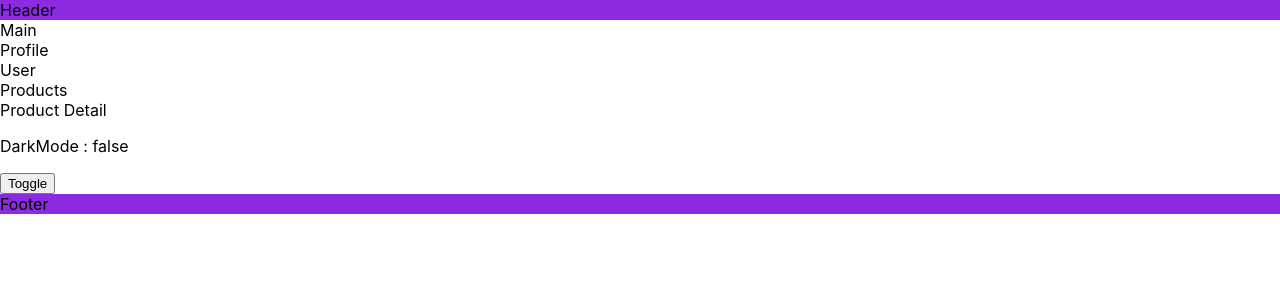
Repository: dnjfht/css-example
Page: /
These files come from the project's save history. The page is drawn as it stood at one moment and after the next save; the edit follows.
The browser window is 1280 px wide. The pictures show the whole page.
The project was rebuilt for these pictures with package versions that can differ from the ones it lists, and the page was loaded fresh each time.

Above is the page before, as saved 2023-05-11 02:05:08.

After the next save:
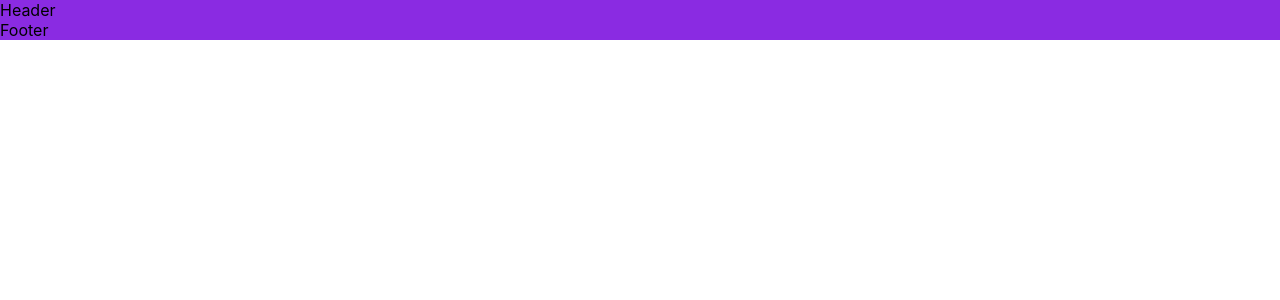
Saved 2 min 15 s later.
--- a/src/components/Main.js
+++ b/src/components/Main.js
@@ -6,10 +6,16 @@
 export default function Main() {
   const { darkMode } = useContext(DarkModeContext);
   return (
-    <div>
-      Main
-      <Profile2 />
-      <Products2 />
-    </div>
+    <>
+      {darkMode === true ? (
+        <div>
+          Main
+          <Profile2 />
+          <Products2 />
+        </div>
+      ) : (
+        <></>
+      )}
+    </>
   );
 }

After the save that followed:
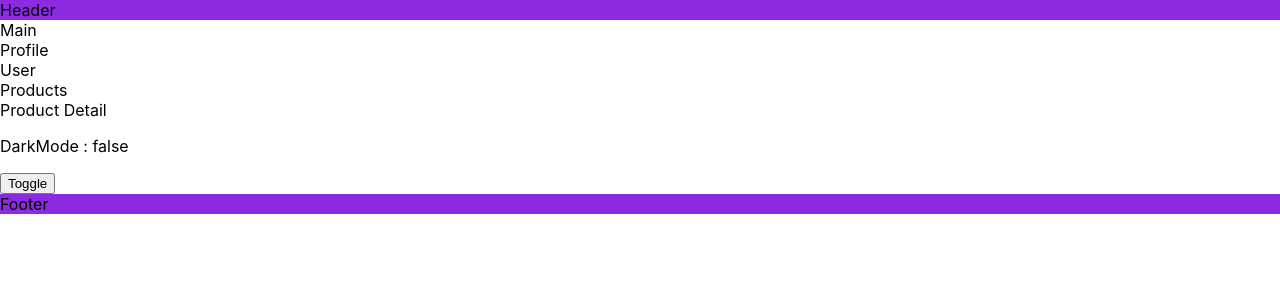
Saved 10 s later.
--- a/src/components/Main.js
+++ b/src/components/Main.js
@@ -14,7 +14,11 @@
           <Products2 />
         </div>
       ) : (
-        <></>
+        <div>
+          Main
+          <Profile2 />
+          <Products2 />
+        </div>
       )}
     </>
   );
